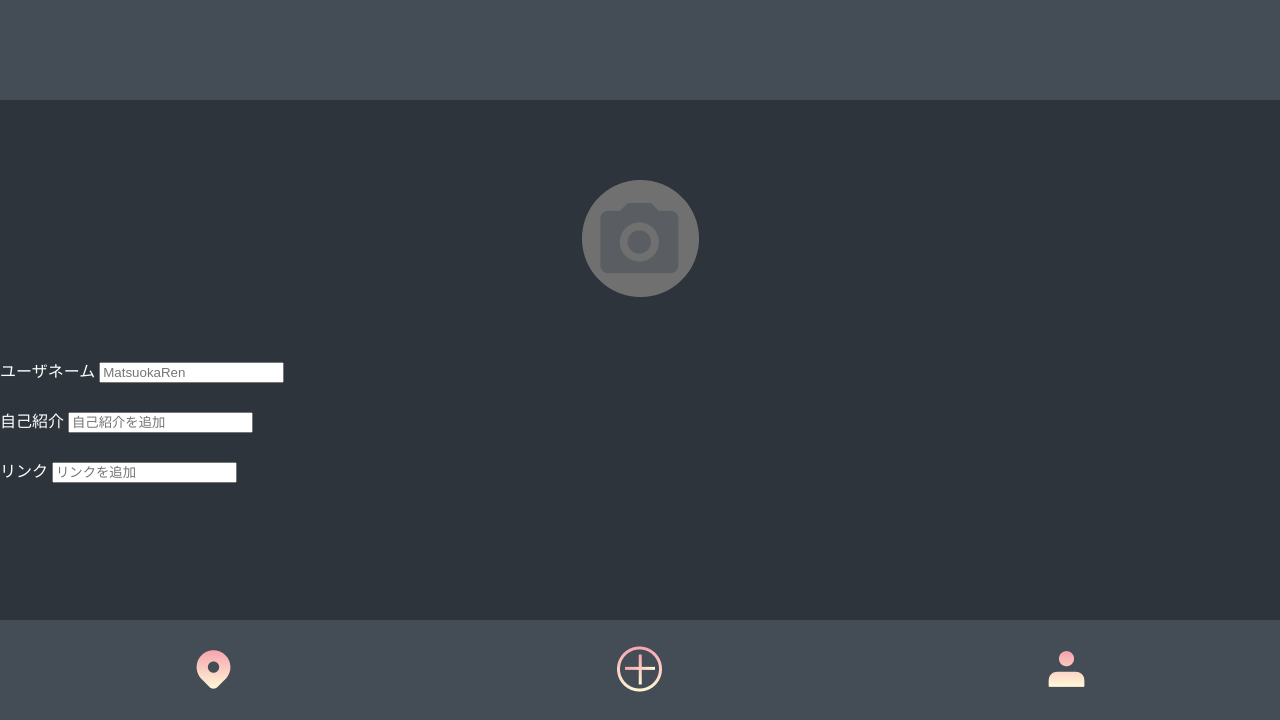
Repository: ren0714poo/respos
Page: edit.html
An editor plug-in stored every save of this project. The page is shown before and after the next save, followed by the edit.
The browser window is 1280 px wide. The pictures show the whole page.

Above is the page before, as saved 2025-07-17 14:04:08.

After the next save:
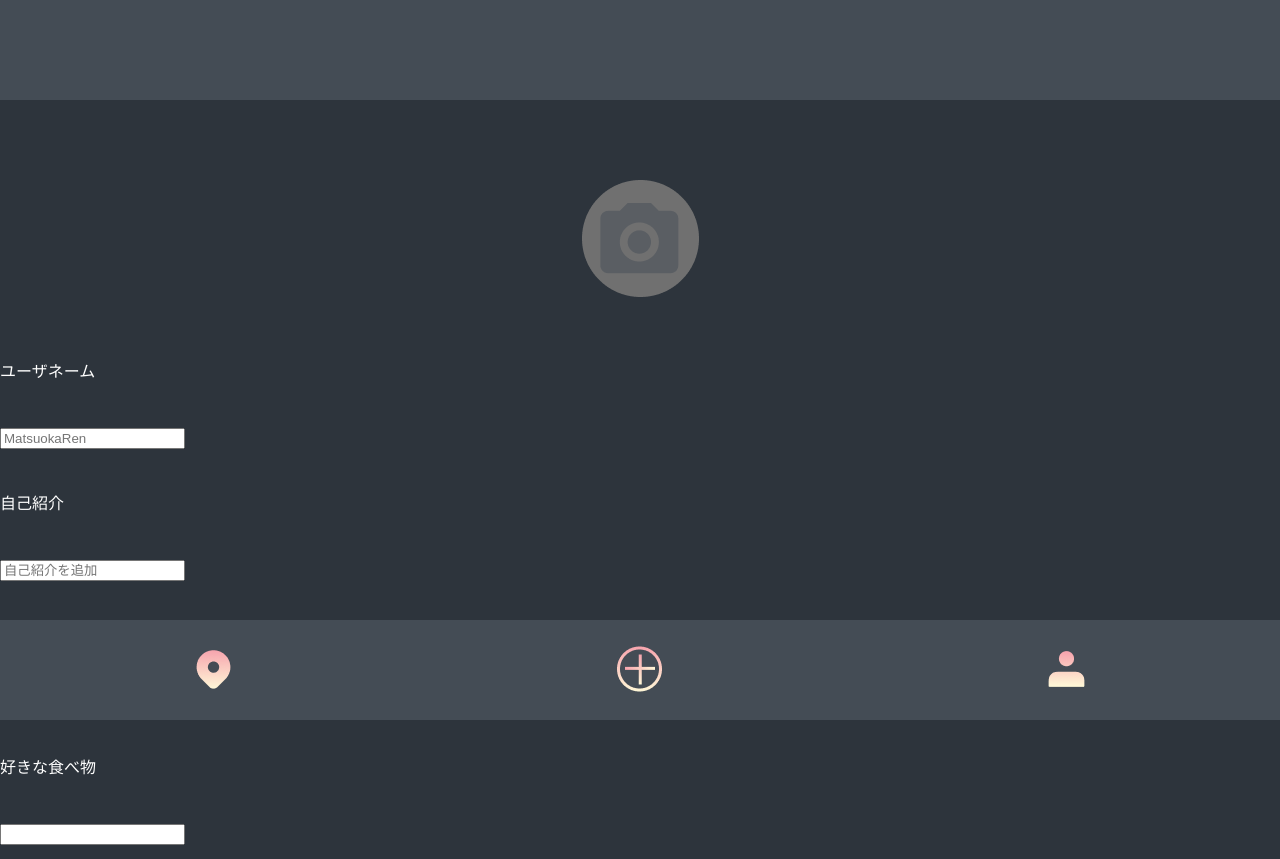
Saved 59 s later.
--- a/edit.html
+++ b/edit.html
@@ -13,12 +13,15 @@
   <main>
     <div class="edit_img"><img src="img/camera_chenge.png" alt="カエラ変更"></div>
     <div class="edit">
-      ユーザネーム
+      <p>ユーザネーム</p>
       <input type="text" placeholder="MatsuokaRen"><br>
-      自己紹介
+      <p>自己紹介</p>
       <input type="text" placeholder="自己紹介を追加"><br>
-      リンク
-      <input type="text" placeholder="リンクを追加">
+      <p>リンク</p>
+      <input type="text" placeholder="リンクを追加"><br>
+      <p>好きな食べ物</p>
+      <input type="text">
+
 
     </div>
   </main>
